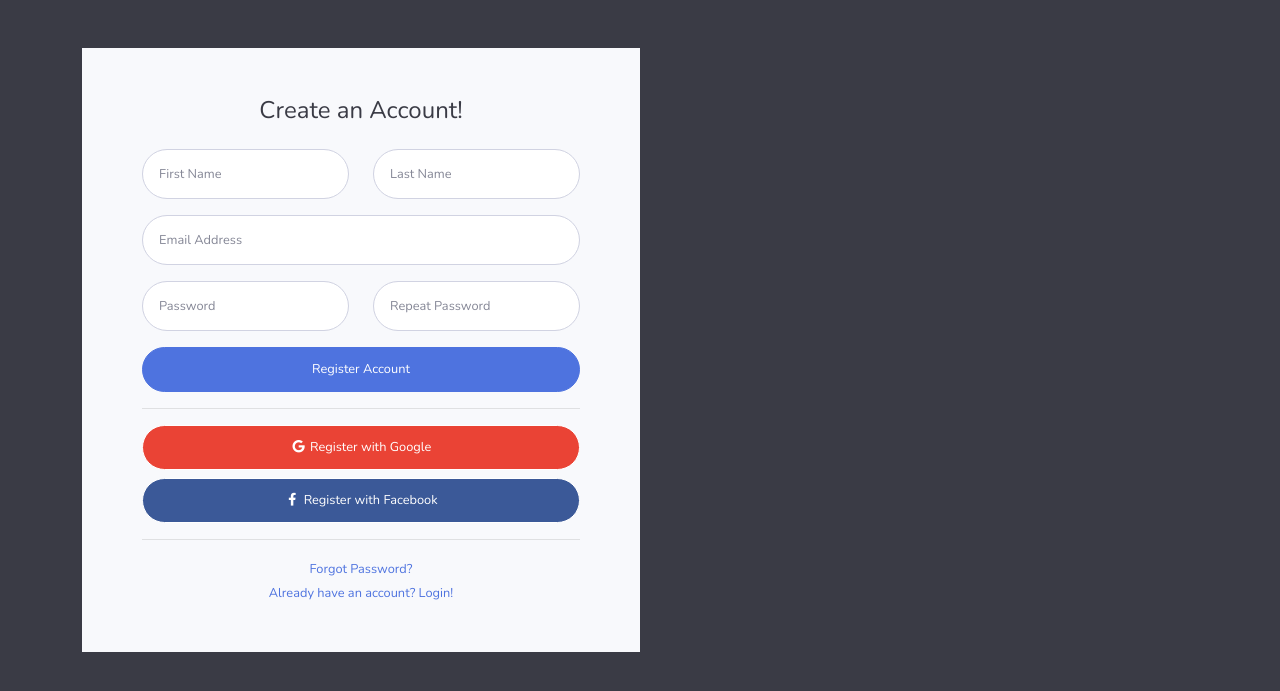
Repository: TuanLe8899/SpringBootProject
Page: http://localhost/register
An editor plug-in stored every save of this project. The page is shown before and after the next save, followed by the edit.
The browser window is 1280 px wide. The pictures show the whole page.
The page is this project's Thymeleaf template; nobody is signed in. Other server files are loaded and not shown. The template is opened directly, without the code that normally fills it, so the values that code supplies are empty.

Above is the page before, as saved 2022-08-24 15:01:14.

### complaint_management/src/main/resources/templates/register.html
<!DOCTYPE html>
<html lang="en" xmlns="http://www.w3.org/1999/xhtml" xmlns:th="http://www.thymeleaf.org"
    xmlns:sec="http://www.thymeleaf.org" xmlns:layout="http://www.ultraq.net.nz/thymeleaf/layout">

<head>

    <meta charset="utf-8">
    <meta http-equiv="X-UA-Compatible" content="IE=edge">
    <meta name="viewport" content="width=device-width, initial-scale=1, shrink-to-fit=no">
    <meta name="description" content="">
    <meta name="author" content="">

    <title>register</title>

    <!-- Custom fonts for this template-->
    <link th:href="@{/vendor/fontawesome-free/css/all.min.css}" rel="stylesheet" type="text/css">
    <link
        href="https://fonts.googleapis.com/css?family=Nunito:200,200i,300,300i,400,400i,600,600i,700,700i,800,800i,900,900i"
        rel="stylesheet">

    <!-- Custom styles for this template-->
    <link th:href="@{/css/sb-admin-2.min.css}" rel="stylesheet">

</head>

<body class="bg-gray-900">

    <div class="container">

            <div class="card-body p-0 my-5">
                <!-- Nested Row within Card Body -->
                <div class="row bg-gray-900">
                    <div class="col-6 bg-gray-100">
                        <div class="p-5">
                            <div class="text-center">
                                <h1 class="h4 text-gray-900 mb-4">Create an Account!</h1>
                            </div>
                            <form class="user">
                                <div class="form-group row">
                                    <div class="col-sm-6 mb-3 mb-sm-0">
                                        <input type="text" class="form-control form-control-user" id="exampleFirstName"
                                            placeholder="First Name">
                                    </div>
                                    <div class="col-sm-6">
                                        <input type="text" class="form-control form-control-user" id="exampleLastName"
                                            placeholder="Last Name">
                                    </div>
                                </div>
                                <div class="form-group">
                                    <input type="email" class="form-control form-control-user" id="exampleInputEmail"
                                        placeholder="Email Address">
                                </div>
                                <div class="form-group row">
                                    <div class="col-sm-6 mb-3 mb-sm-0">
                                        <input type="password" class="form-control form-control-user"
                                            id="exampleInputPassword" placeholder="Password">
                                    </div>
                                    <div class="col-sm-6">
                                        <input type="password" class="form-control form-control-user"
                                            id="exampleRepeatPassword" placeholder="Repeat Password">
                                    </div>
                                </div>
                                <a href="login.html" class="btn btn-primary btn-user btn-block">
                                    Register Account
                                </a>
                                <hr>
                                <a href="index.html" class="btn btn-google btn-user btn-block">
                                    <i class="fab fa-google fa-fw"></i> Register with Google
                                </a>
                                <a href="index.html" class="btn btn-facebook btn-user btn-block">
                                    <i class="fab fa-facebook-f fa-fw"></i> Register with Facebook
                                </a>
                            </form>
                            <hr>
                            <div class="text-center">
                                <a class="small" href="forgot-password.html">Forgot Password?</a>
                            </div>
                            <div class="text-center">
                                <a class="small" href="login.html">Already have an account? Login!</a>
                            </div>
                        </div>
                    </div>
                </div>
            </div>

    </div>

    <!-- Bootstrap core JavaScript-->
    <script th:src="@{/vendor/jquery/jquery.min.js}"></script>
    <script th:src="@{/vendor/bootstrap/js/bootstrap.bundle.min.js}"></script>

    <!-- Core plugin JavaScript-->
    <script th:src="@{/vendor/jquery-easing/jquery.easing.min.js}"></script>

    <!-- Custom scripts for all pages-->
    <script th:src="@{/js/sb-admin-2.min.js}"></script>

</body>

</html>

Loaded but not shown: complaint_management/src/main/resources/static/css/sb-admin-2.min.css (library); complaint_management/src/main/resources/static/js/sb-admin-2.min.js (common file)

After the next save:
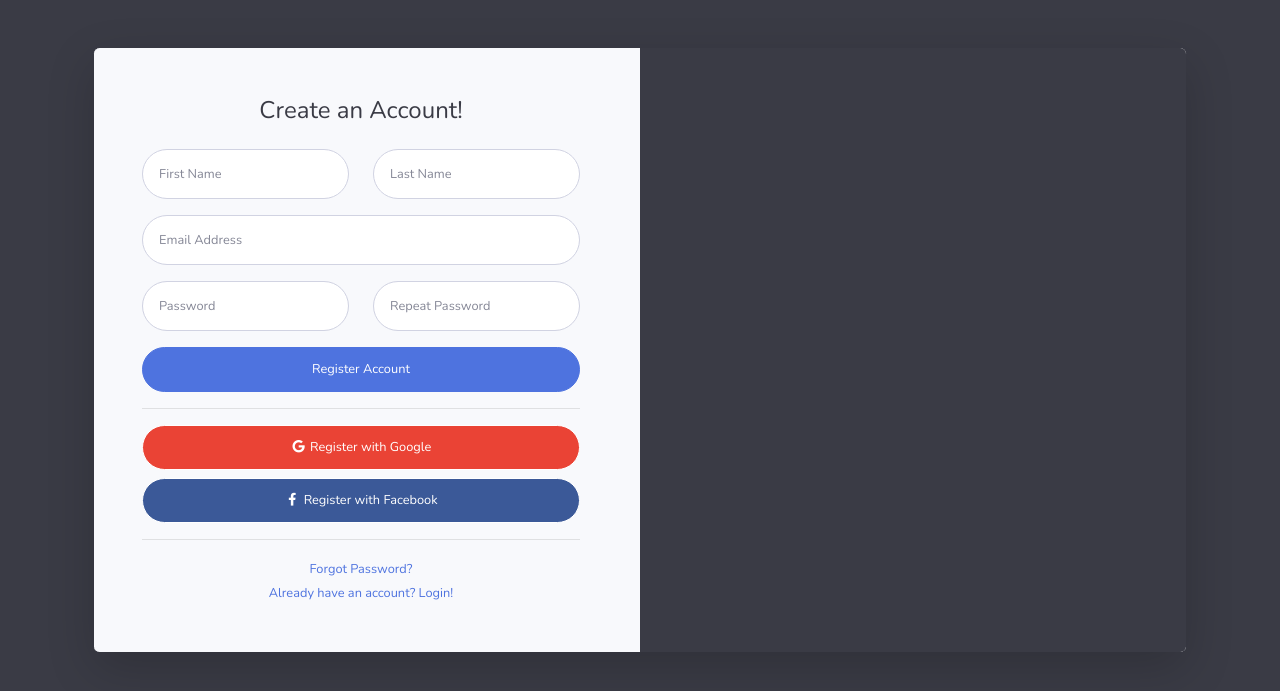
Saved 38 s later.
--- a/complaint_management/src/main/resources/templates/register.html
+++ b/complaint_management/src/main/resources/templates/register.html
@@ -27,7 +27,8 @@
 
     <div class="container">
 
-            <div class="card-body p-0 my-5">
+        <div class="card o-hidden border-0 shadow-lg my-5">
+            <div class="card-body p-0">
                 <!-- Nested Row within Card Body -->
                 <div class="row bg-gray-900">
                     <div class="col-6 bg-gray-100">
@@ -82,6 +83,7 @@
                     </div>
                 </div>
             </div>
+        </div>
 
     </div>
 
